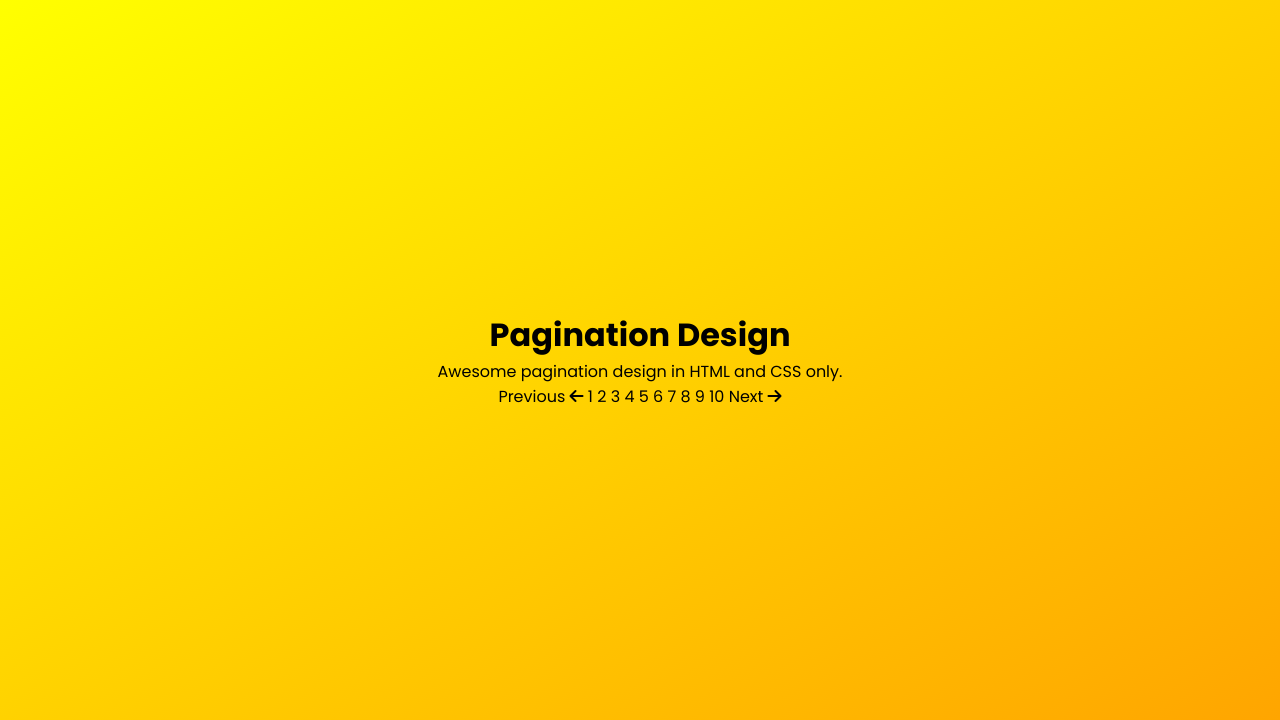
Repository: Ankitkr2021/Awesome-Pagination
Page: index.html
An editor plug-in stored every save of this project. The page is shown before and after the next save, followed by the edit.
The browser window is 1280 px wide. The pictures show the whole page.

Above is the page before, as saved 2025-10-02 08:55:04.

### index.html
<!DOCTYPE html>
<html lang="en">
<head>
    <meta charset="UTF-8">
    <meta name="viewport" content="width=device-width, initial-scale=1.0">
    <title>Document</title>
    <link rel="stylesheet" href="https://cdnjs.cloudflare.com/ajax/libs/font-awesome/6.5.0/css/all.min.css">
    <link rel="stylesheet" href="./style.css">
</head>
<body>
    <div class="page">
        <h1>Pagination Design</h1>
        <p>Awesome pagination design in HTML and CSS only.</p>
        <div class="box">
            Previous <i class="fas fa-arrow-left"></i>
            1
            2
            3
            4
            5
            6
            7
            8
            9
            10
            Next <i class="fas fa-arrow-right"></i>
        </div>
    </div>
</body>
</html>

### style.css
@import url("https://fonts.googleapis.com/css2?family=Poppins:wght@300;400;500;600;700&display=swap");

*{
    margin: 0;
    padding: 0;
    box-sizing: border-box;
    font-family: "Poppins",sans-serif;
}

body{
    display: flex;
   justify-content: center;
   align-items: center;
    height: 100vh;
    width: 100%;
    background: linear-gradient(to bottom right, yellow, orange);
}

.page{
   display: flex;
   justify-content: center;
   align-items: center;
   flex-direction: column;
}

After the next save:
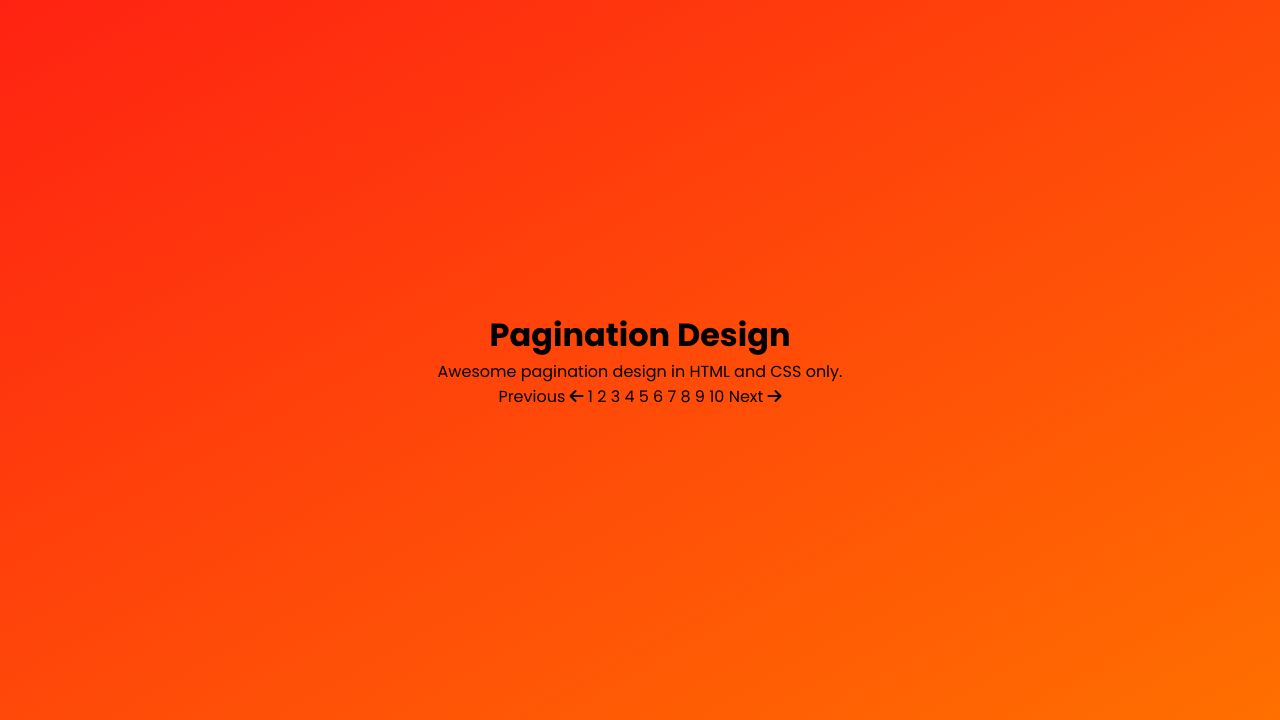
Saved 26 s later.
--- a/style.css
+++ b/style.css
@@ -13,7 +13,7 @@ body{
    align-items: center;
     height: 100vh;
     width: 100%;
-    background: linear-gradient(to bottom right, yellow, orange);
+    background: linear-gradient(to bottom right, rgb(255, 34, 18), rgb(255, 111, 0));
 }
 
 .page{
